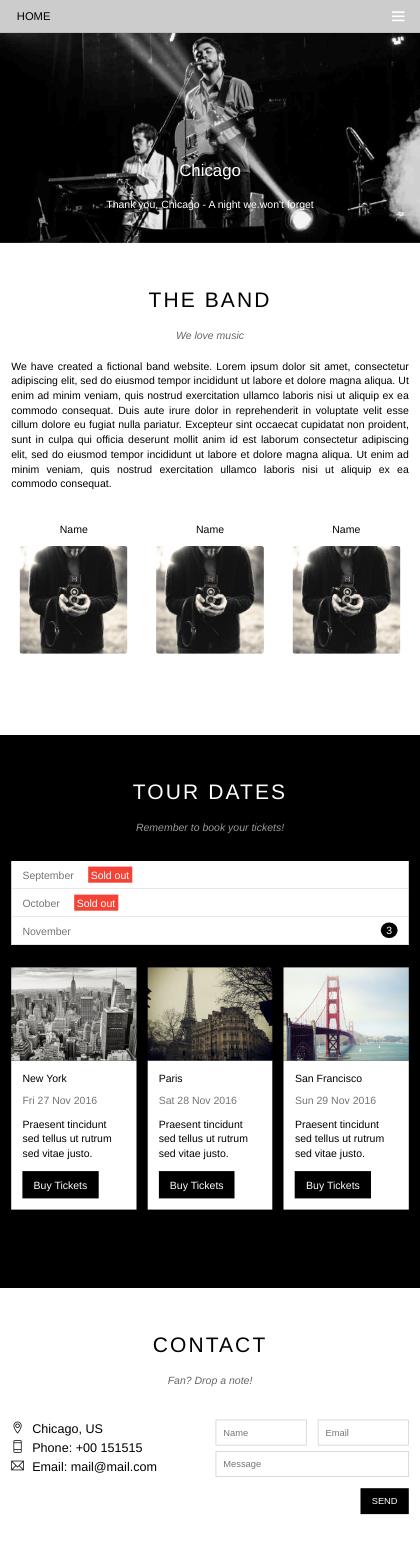
Repository: qhoa25623/The-Band
Page: index.html
The author's editor kept a copy of each file at every save. The page is drawn from the files as they stood at one save, then again after a run of saves.
The browser window is 600 px wide. The pictures show the part of the page from y = 0 to 2240 px (the page is 2806 px tall), at 70% of full size.

Above is the page before, as saved 2022-05-06 19:53:35.

After the next 2 saves:
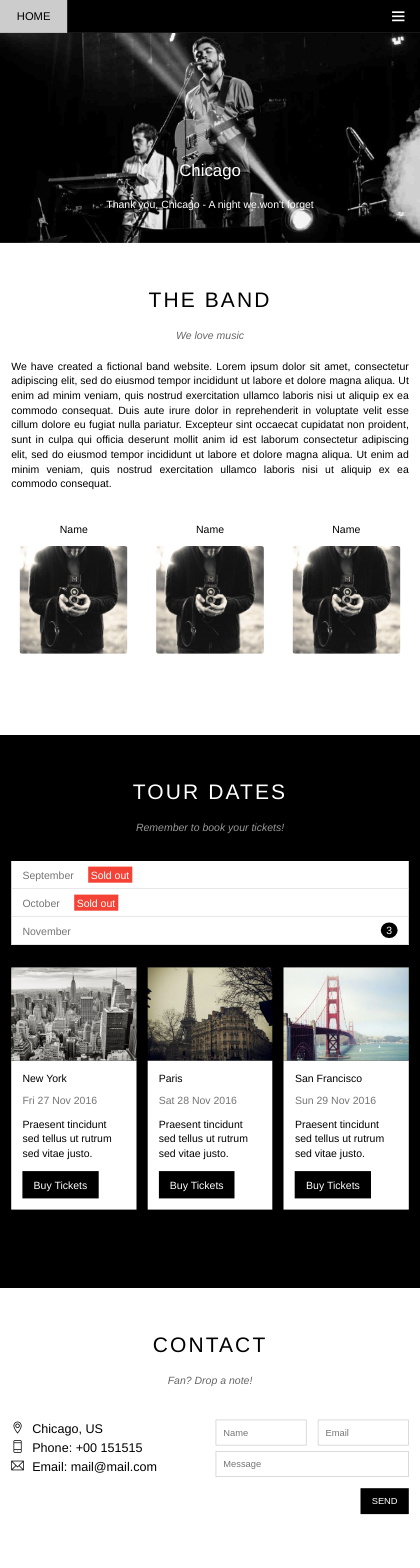
The 2 saves are shown as one change because they came seconds apart.
The last was saved 12 s later.
--- a/assets/css/responsive.css
+++ b/assets/css/responsive.css
@@ -13,8 +13,8 @@
   #nav > li {
     display: block;
   }
-  #nav > li:first-child{
-
+  #nav > li:first-child {
+    display: inline-block;
   }
   #header .mobile-menu-btn {
     display: block;
